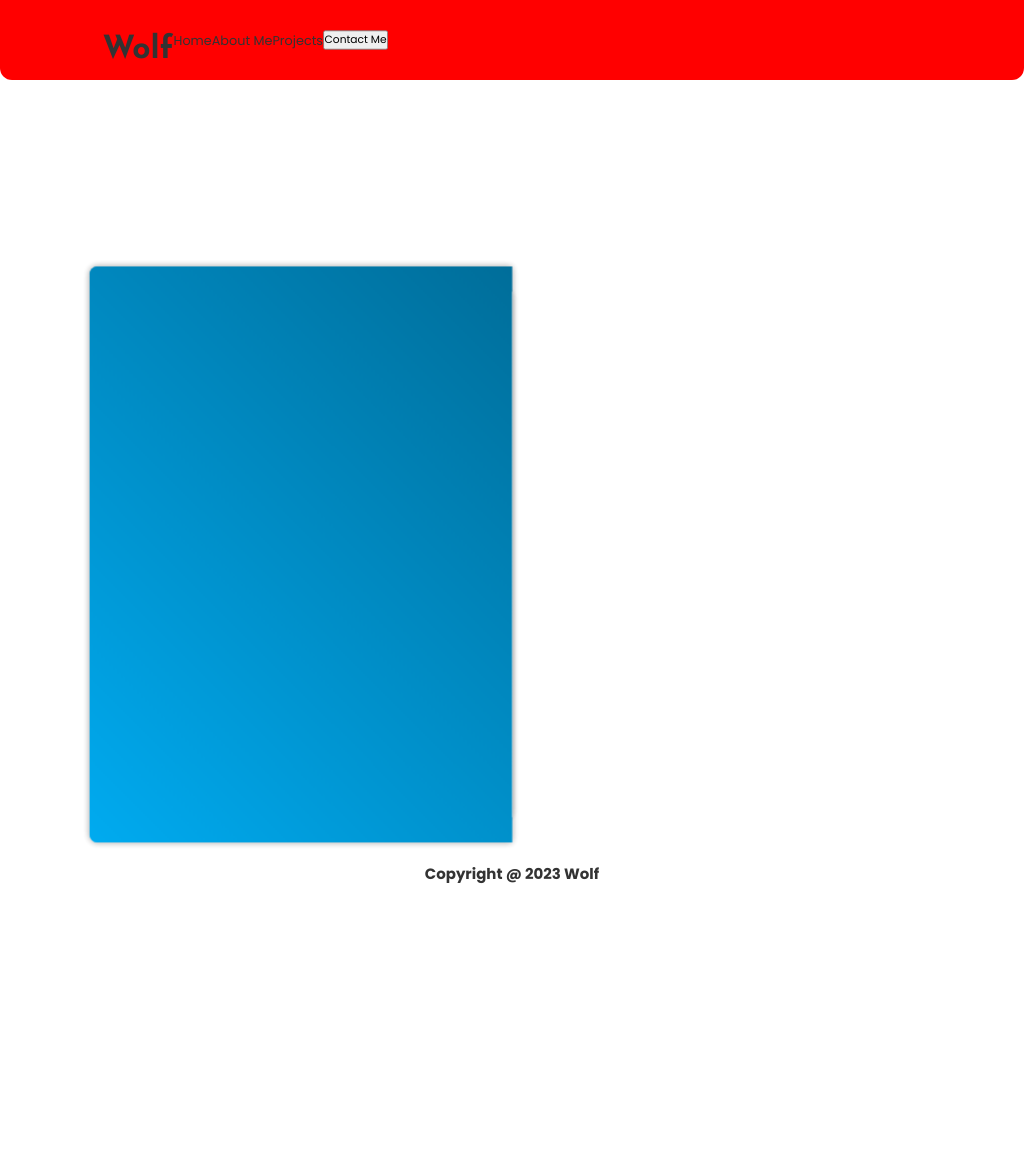
Repository: Ego-Wolf/Portfolio
Page: index.html
An editor plug-in stored every save of this project. The page is shown before and after a run of saves, followed by the edit.
The browser window is 1280 px wide. The pictures show the whole page, at 80% of full size.
Pictures or frames that could not be fetched are drawn as grey boxes.

Above is the page before, as saved 2023-12-14 16:21:46.

After the next 2 saves:
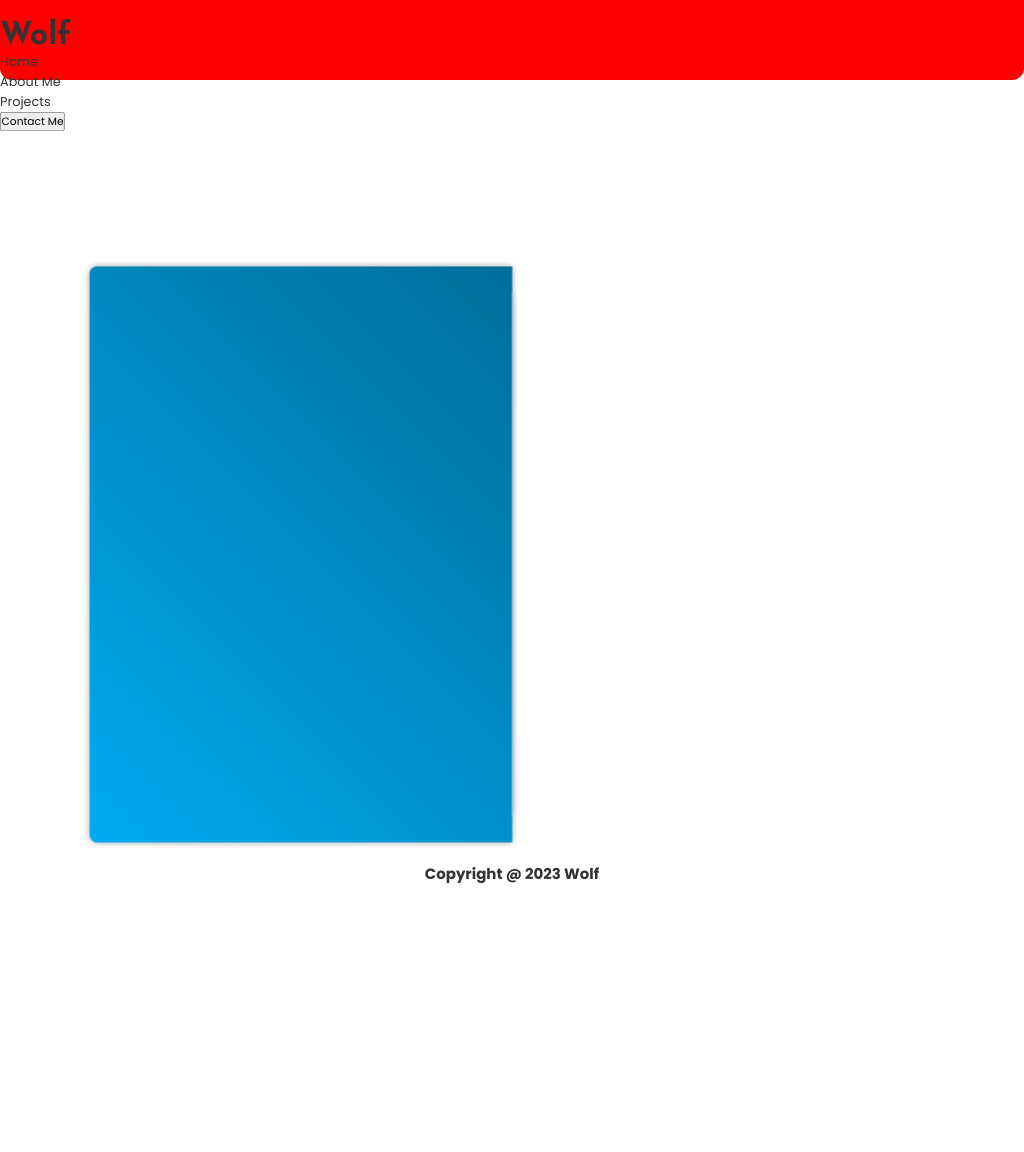
The 2 saves are shown as one change because they came seconds apart.
The last was saved 57 s later.
--- a/style.css
+++ b/style.css
@@ -54,10 +54,9 @@
 
 .header ul {
     width: 80%;
-    display: flex;
+    /* display: flex;
     margin: 0 auto;
-    /* justify-content: space-between; */
-    align-items: center;
+    align-items: center; */
 }
 
 
